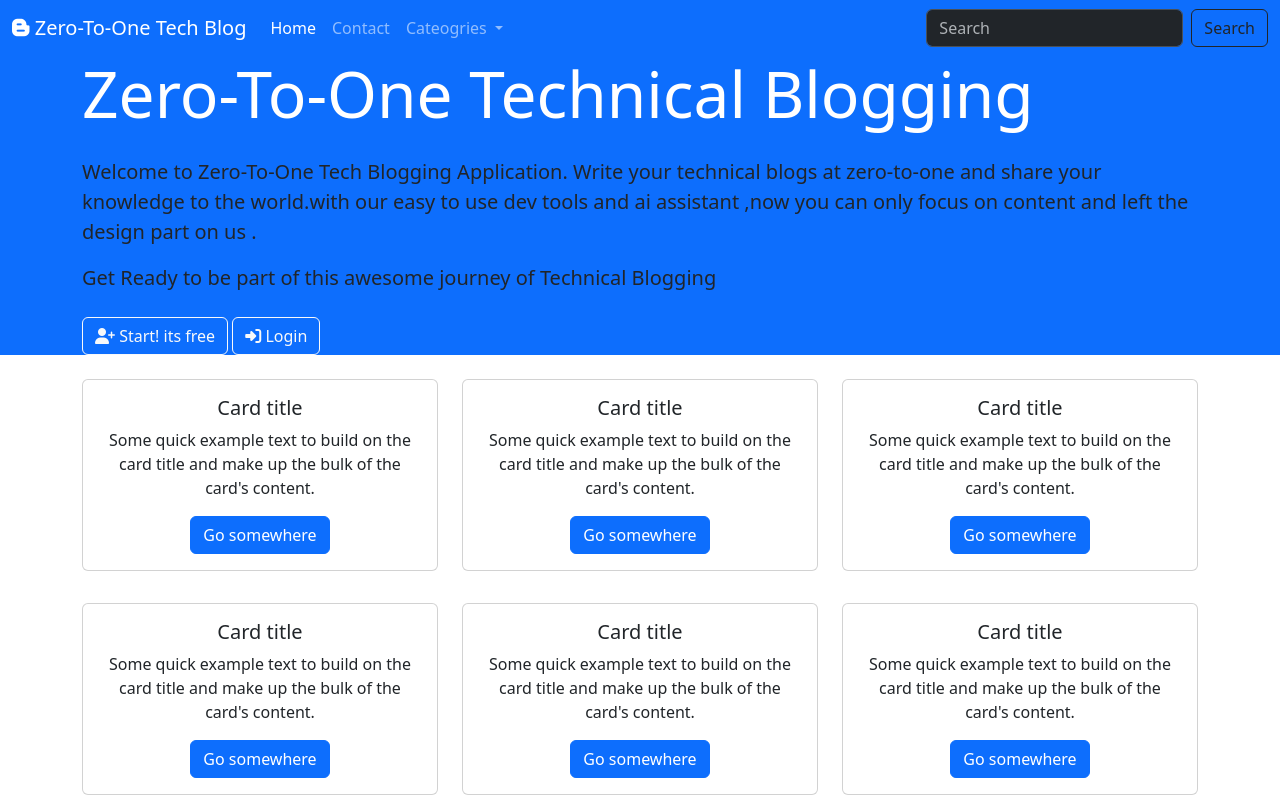
Repository: Gaurav560/PROJECT-ZeroToOne-TechBlog
Page: http://localhost/ZeroToOne/
These files come from the project's save history. The page is drawn as it stood at one moment and after the next save; the edit follows.
The browser window is 1280 px wide. The pictures show the whole page.
Some web libraries are served in a nearby version. The page is served by Tomcat 9.

Above is the page before, as saved 2023-04-29 08:08:59.

After the next save:
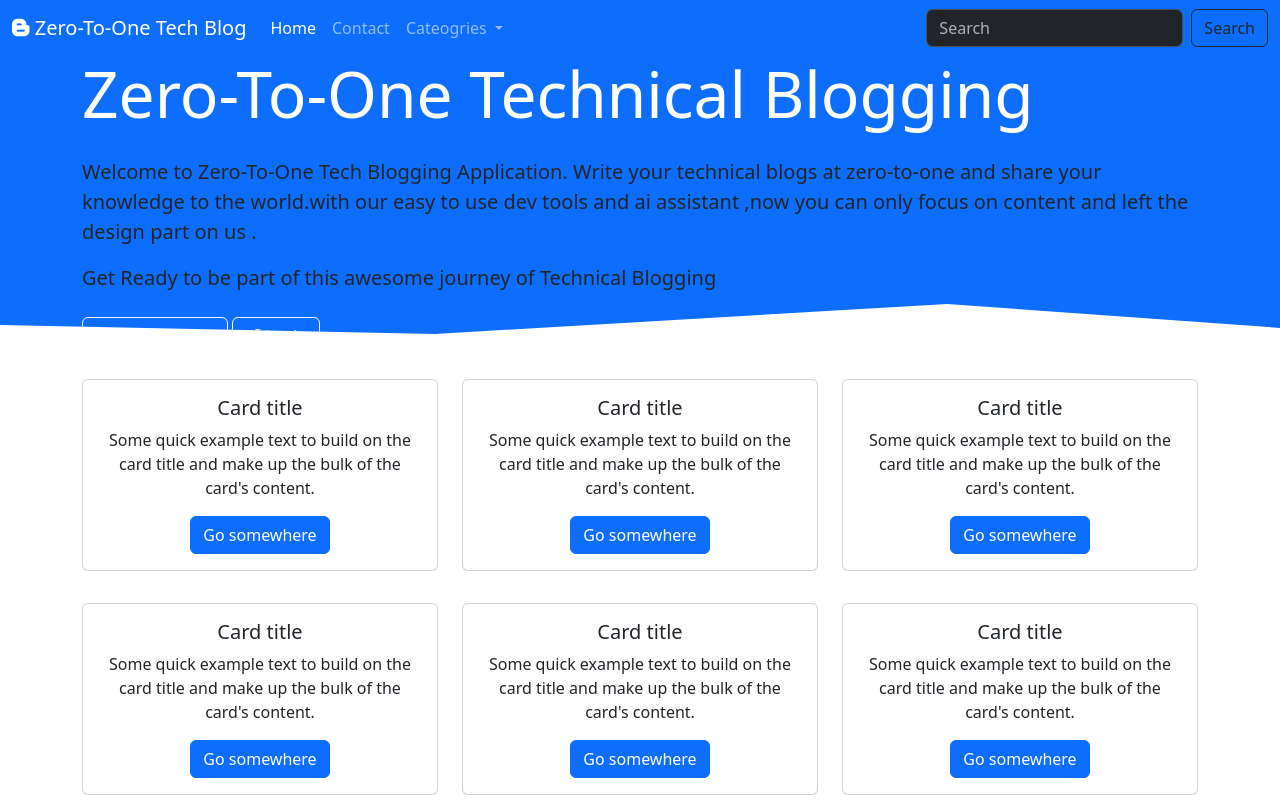
Saved 3 s later.
--- a/ZeroToOne/src/main/webapp/index.jsp
+++ b/ZeroToOne/src/main/webapp/index.jsp
@@ -24,7 +24,7 @@
 
 	<!-- jumbotron starts here -->
 	<div class="container-fluid m-0 p-0 ">
-		<div class="ki bg-primary text-white">
+		<div class="junbo bg-primary text-white banner-background">
 			<div class="container">
 
 				<h3 class="display-3 pb-3">Zero-To-One Technical Blogging</h3>
